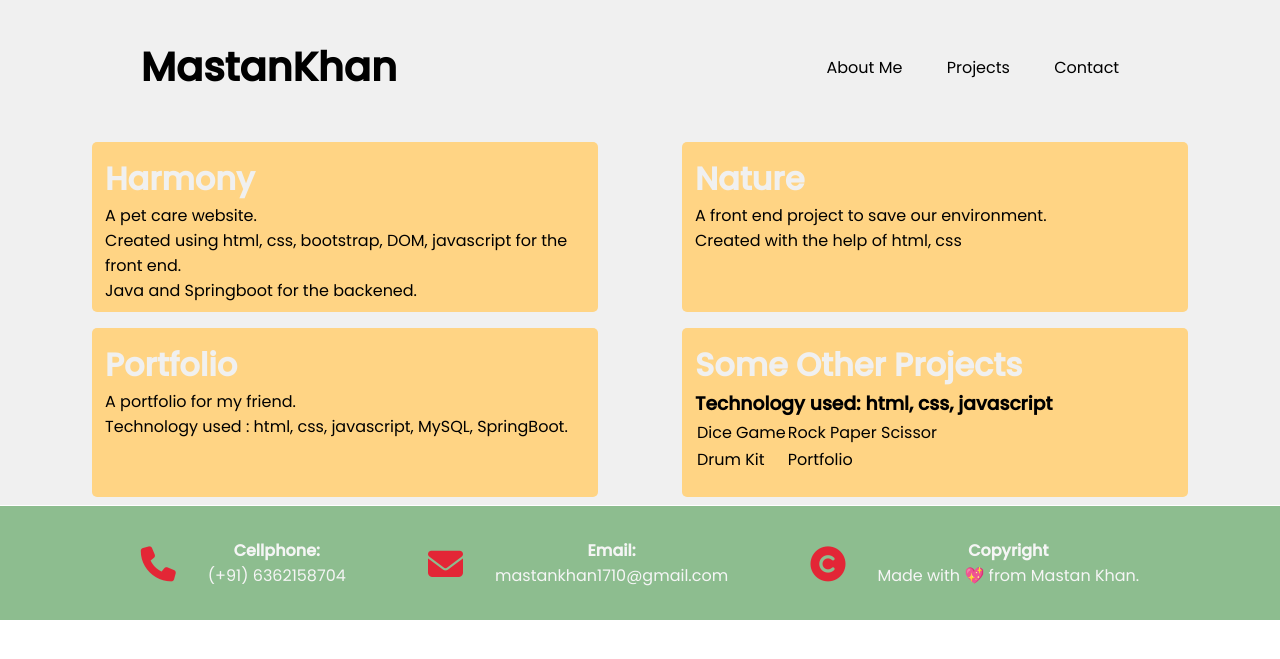
Repository: MastanKhan1/my_resume
Page: http://localhost/projects
An editor plug-in stored every save of this project. The page is shown before and after the next save, followed by the edit.
The browser window is 1280 px wide. The pictures show the whole page.
Some web fonts or font styles are not loaded; a fallback is used. The page is this project's Thymeleaf template; nobody is signed in. The template is opened directly, without the code that normally fills it, so the values that code supplies are empty.

Above is the page before, as saved 2023-10-06 07:16:33.

### portfolio/src/main/resources/templates/projects.html
<!DOCTYPE html>
<html lang="en">
<head>
    <meta charset="UTF-8">
    <meta name="viewport" content="width=device-width, initial-scale=1.0">
    <title>Projects</title>

    <link rel="stylesheet" href="styles.css">
    <link rel="preconnect" href="https://fonts.googleapis.com">
<link rel="preconnect" href="https://fonts.gstatic.com" crossorigin>
<!-- <link href="https://cdn.jsdelivr.net/npm/bootstrap@5.3.2/dist/css/bootstrap.min.css" rel="stylesheet" integrity="sha384-T3c6CoIi6uLrA9TneNEoa7RxnatzjcDSCmG1MXxSR1GAsXEV/Dwwykc2MPK8M2HN" crossorigin="anonymous"> -->
<link href="https://fonts.googleapis.com/css2?family=Merriweather&family=Montserrat+Alternates:wght@500&family=Montserrat+Subrayada:wght@400;700&family=Montserrat:ital,wght@0,400;0,700;1,700&family=Niconne&family=PT+Mono&family=Poppins:wght@400;500&family=Roboto&family=Sacramento&family=Tinos&display=swap" rel="stylesheet">
<link rel="stylesheet" href="https://cdnjs.cloudflare.com/ajax/libs/font-awesome/6.4.2/css/all.min.css" integrity="sha512-z3gLpd7yknf1YoNbCzqRKc4qyor8gaKU1qmn+CShxbuBusANI9QpRohGBreCFkKxLhei6S9CQXFEbbKuqLg0DA==" crossorigin="anonymous" referrerpolicy="no-referrer" />

</head>
<body>

    <section id="section1">
        <div id="toggle">
            <!-- <nav> -->
                <div>
                    <h1>MastanKhan</h1>

                </div>
                <div>
                    <ul>
                        <li><a href="">About Me</a></li>
                        <li><a href="">Projects</a></li>
                        <li><a href="">Contact</a></li>
                    </ul>
                </div>
            <!-- </nav> -->
        </div>

        <div class="projects">
            <div class="project-items" id="harmony">
                <h2>Harmony</h2>
                <p>A pet care website.</p>
                <p>Created using html, css, bootstrap, DOM, javascript for the front end.</p>
                <p>Java and Springboot for the backened.</p>

            </div>
            <div class="project-items" id="any_time_food">
                <h2>Nature</h2>
                <p>A front end project to save our environment.</p>
                <p>Created with the help of html, css</p>

            </div>

            <div class="project-items" id="portfolio">
                <h2>Portfolio</h2>
                <p>A portfolio for my friend.</p>
                <p>Technology used : html, css, javascript, MySQL, SpringBoot.</p>
            </div>

            <div class="project-items" id="portfolio">
                <h2>Some Other Projects</h2>
                <h3>Technology used: html, css, javascript</h3>
                <table>
					<tr>
						<td>Dice Game</td>
						<td>Rock Paper Scissor</td>
					</tr>
					<tr>
						<td>Drum Kit</td>
						<td>Portfolio</td>
					</tr>
				</table>
            </div>

        </div>


        <div id="footer">
            <div class="footer-items">
                <div class="footer-items">

                    <i class="fa-solid fa-phone"></i>

                </div>
                <div>
                    <h4>Cellphone:</h4>
                    <p>(+91) 6362158704</p>
                </div>
            </div>
            <div class="footer-items">
                <div >

                    <i class="fa-solid fa-envelope"></i>
                </div>
                <div>
                    <h4>Email:</h4>
                    <p>mastankhan1710@gmail.com</p>
                    <!-- <p>(+91) 9901531794</p> -->
                </div>
            </div>

            <div class="footer-items">
                <div>
                    <i class="fa-solid fa-copyright"></i>
                </div>
                <div>
                    <p>
                        <h4>Copyright</h4>
                        Made with 💖 from Mastan Khan.
                    </p>
                </div>
            </div>
        </div>
        </section>

</body>
</html>

### portfolio/src/main/resources/static/styles.css
@charset "UTF-8";

*{
    margin: 0;
    padding: 0;
    font-family: 'Poppins', sans-serif;
}


#section1{
    background-color: #f0f0f0;
    border-bottom: 3px solid white;
}

#toggle{
    padding: 2.9% 11%;
    display: flex;
    flex-wrap: wrap;
    justify-content: space-between;
    align-items: center;
}


div h1{
    font-size: 2.5rem;
}

#toggle div ul li{
    display: inline;
    margin: 10px 20px;
}

div ul li a{
    text-decoration: none;
    color: black;
}

div li a{
    text-decoration: none;
}

#intro{
    padding: 2% 7% 1% 7%;
    display: flex;
    flex-wrap: wrap;
    justify-content: space-around;

}

#intro div form{
    display: inline;
}

#image{
    width: 60%;
}



.auto-type{
    color: #E32636;
    font-weight: bold;
    font-size: 20px;
}

#intro div form input{
    height: 85px;
    width: 85px;
    border-radius: 100%;
    margin: 2% 2% 0 1%;
    font-size: 1rem;
    border: 1.25px solid black;
}

input:hover{
   opacity: 0.7;
   box-shadow: 3px 2px 2px black;
}

#red{
    background-color: #FFA500;
}

#blue{
    background-color: #8dbd8f;
}

#green{
    background-color: #E32636;
}

#footer{
    padding: 2.5% 11%;
    background-color: #8dbd8f;
    /* background-color: #f0f0f0; */
    display: flex;
    flex-wrap: wrap;
    justify-content: space-between;

}
/*
hr{
    border-bottom: 5px solid white;
    border-style: none none dotted none;
    border-width: 8px;
    width: 5%;
    margin-left: 40%;
} */

.footer-items{
    text-align: center;
    display: flex;
    flex-wrap: wrap;
    justify-content: space-between;
    color: whitesmoke;
}

i{
    font-size: 35px;
    color: #E32636;
    margin-right: 2rem;
    margin-top: 0.5rem;
}

/* .footer-items h4{
    display: inline;
} */


/* ------------------------------------------------------------------------------------------------------- */

.about_me_div{
    padding: 10px 4%;
    display: flex;
    flex-wrap: wrap;
    justify-content: space-evenly;
}

#education_table, #education_table tr,#education_table tr td,#education_table thead th{
    border: 2px solid black;
    border-collapse: collapse;
    text-align: center;
    padding: 2px;
}

#about_me_img{
    width: 48.5%;
    height: 45%;
    margin-left: 20%;
    border-radius: 100%;
    background-color: #E32636;
}

#skills_div{
    padding: 10px 4%;
    display: flex;
    flex-wrap: wrap;
    justify-content: space-around;
}

#skills_div div h2, .about_me_div div h2{
    color: #E32636;
}




/* --------------------------------------------------------------------------------------------------- */

#contact_div{
    display: flex;
    flex-wrap: wrap;
    justify-content: space-between;
    padding: 10px 5%;
}

#contact_div div img{
    /* background-color: #87CEEB;
    border-radius: 100%; */
    width: 87.8%;
}

#contact_div div h1{
    color: #8dbd8f;
    font-size: 3rem;
}

.contact{
    border-radius: 5px;
    height: 25px;
    width: 277px;
    text-align: center;
    margin: 3px;
}

#text_area{
    border-radius: 5px;
    border:2px solid black;
    margin: 3px;
}

#message{
    color: white;
    background-color: #8dbd8f;
    height: 45px;
    width: 150px;
    border-radius: 6px;
    margin-left: 3rem;
    font-size: larger;
    font-weight: bold;
}

#extra_info{
    margin-top: 5rem;
}

#extra_info h2{
    margin-top: 1rem;
    font-size: 2rem;
    font-weight: lighter;
}

#extra_info div{
    margin-top: 4rem;
}

#extra_info div i{
    color: #8dbd8f;
}


/* ------------------------------------------------------------------------------------------------------- */

.projects{
    display: flex;
    flex-wrap: wrap;
    justify-content: space-evenly;
    padding: 0 1rem;
    border-bottom: 1px solid white;
}

.project-items{
    width: 30rem;
    height: 9rem;
    margin: 0.5rem;
    padding: 0.8rem;
    border-radius: 5px;
    /* background-image: linear-gradient(to bottom, #FFA500, #ffca68); */
    background-color: #ffd484;
}

.project-items h2{
    font-size: 2rem;
   color: #f0f0f0;
}

After the next save:
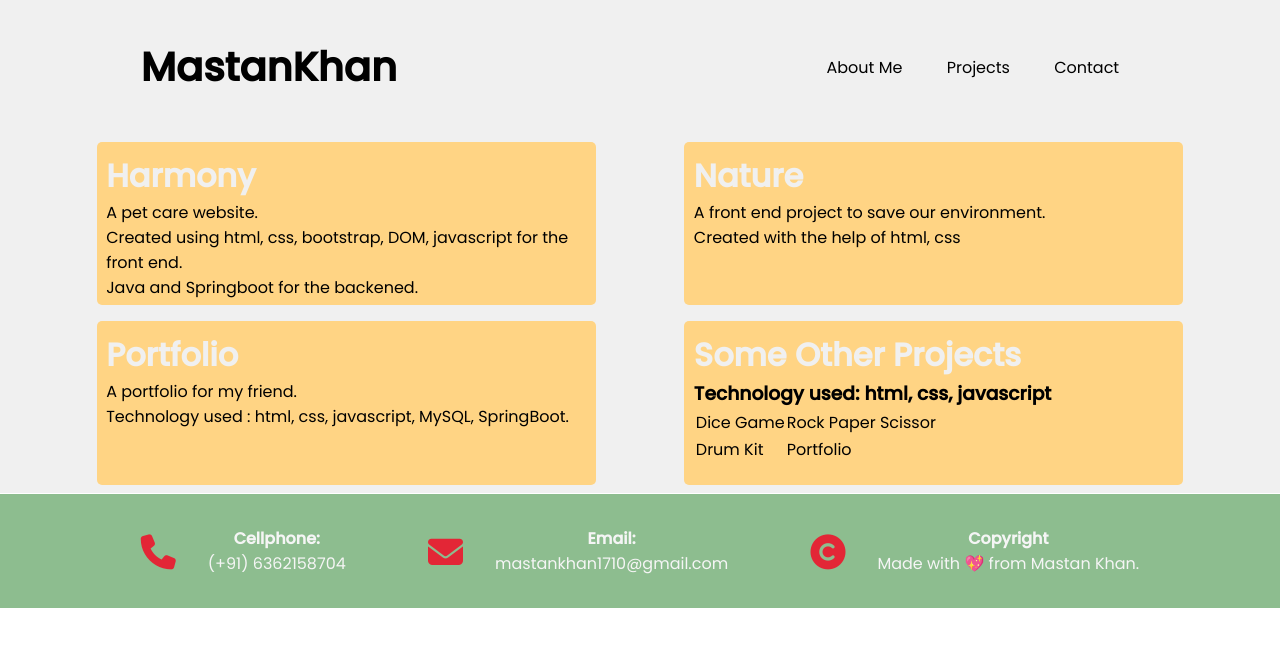
Saved 10 s later.
--- a/portfolio/src/main/resources/static/styles.css
+++ b/portfolio/src/main/resources/static/styles.css
@@ -243,7 +243,7 @@ i{
     width: 30rem;
     height: 9rem;
     margin: 0.5rem;
-    padding: 0.8rem;
+    padding: 0.6rem;
     border-radius: 5px;
     /* background-image: linear-gradient(to bottom, #FFA500, #ffca68); */
     background-color: #ffd484;
